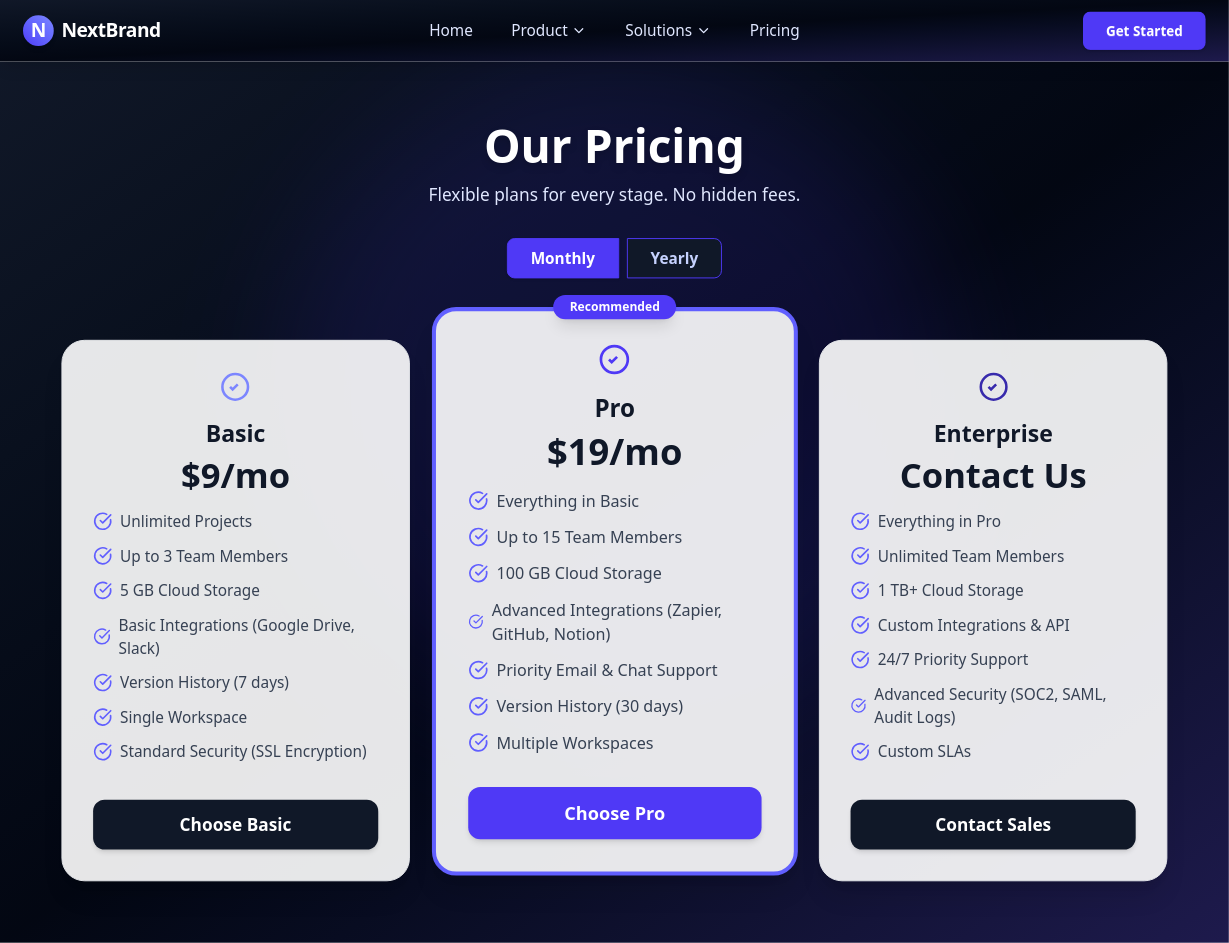
Repository: Chiranshukapil/Next_Brand
Page: /pricing
An editor plug-in stored every save of this project. The page is shown before and after the next save, followed by the edit.
The browser window is 1280 px wide. The pictures show the whole page, at 96% of full size.
The project was rebuilt for these pictures with package versions that can differ from the ones it lists, and the page was loaded fresh each time. Also part of the build but not shown: vite.config.js.

Above is the page before, as saved 2025-06-18 12:27:02.

### index.html
<!doctype html>
<html lang="en">
  <head>
    <meta charset="UTF-8" />
    <link rel="stylesheet" href="src/index.css">
    <meta name="viewport" content="width=device-width, initial-scale=1.0" />
    <title>NavBar</title>
  </head>
  <body classname="scroll-smooth">
    <div id="root"></div>
    <script type="module" src="/src/main.jsx"></script>
  </body>
</html>

### src/App.jsx
import { useState } from 'react'
import { BrowserRouter as Router, Routes, Route } from 'react-router-dom'
import Navbar from './Components/NavBar.jsx'
import PricingSection from './Components/PricingSection.jsx'

function App() {
  return (
    <Router>
      <Navbar />
      <Routes>

        <Route path="/pricing" element={<PricingSection />} />

      </Routes>
    </Router>
  )
}

export default App

### src/Components/NavBar.jsx
import React, { useState } from "react";
import { Link } from "react-router-dom";
import { Menu, X, ChevronDown } from "lucide-react";

// Route-based navLinks
const navLinks = [
  { name: "Home", href: "/" },
  {
    name: "Product",
    href: "/product",
    dropdown: [
      { name: "Overview", href: "/product/overview" },
      { name: "Features", href: "/product/features" },
      { name: "Pricing", href: "/pricing" },
    ],
  },
  {
    name: "Solutions",
    href: "/solutions",
    dropdown: [
      { name: "For Teams", href: "/solutions/teams" },
      { name: "For Individuals", href: "/solutions/individuals" },
    ],
  },
  { name: "Pricing", href: "/pricing" },
];

export default function Navbar() {
  const [menuOpen, setMenuOpen] = useState(false);
  const [dropdownOpen, setDropdownOpen] = useState(null);

  return (
    <nav className="sticky top-0 z-50 bg-gradient-to-br from-gray-900 via-gray-950 to-indigo-950 backdrop-blur-md bg-opacity-80 shadow-lg flex justify-between items-center px-6 py-3">
      {/* Brand/Logo */}
      <div className="navbar-start">
        <Link
          to="/"
          className="flex items-center gap-2 text-xl font-bold tracking-tight text-white hover:text-indigo-400 transition-colors"
        >
          <span className="w-8 h-8 bg-gradient-to-tr from-indigo-600 to-indigo-400 rounded-full text-white flex items-center justify-center font-bold shadow-md">
            N
          </span>
          <span>NextBrand</span>
        </Link>
      </div>

      {/* Desktop Menu */}
      <div className="navbar-center hidden md:flex">
        <ul className="flex gap-2 items-center">
          {navLinks.map((link, index) => (
            <li
              key={link.name}
              onMouseEnter={() => setDropdownOpen(index)}
              onMouseLeave={() => setDropdownOpen(null)}
              className="relative"
            >
              {link.dropdown ? (
                <>
                  <Link
                    to={link.href}
                    className="px-4 py-2 rounded-lg text-base font-medium flex items-center gap-1 cursor-pointer text-indigo-100 hover:text-white hover:bg-indigo-700/30 transition-colors"
                    aria-haspopup="true"
                    aria-expanded={dropdownOpen === index}
                    onClick={() => setDropdownOpen(null)}
                  >
                    {link.name}
                    <ChevronDown className="h-4 w-4" />
                  </Link>
                  {dropdownOpen === index && (
                    <ul className="absolute top-full left-0 mt-2 bg-white/95 shadow-xl rounded-xl p-2 w-52 z-50 animate-fade-in">
                      {link.dropdown.map((item) => (
                        <li key={item.name}>
                          <Link
                            to={item.href}
                            className="block px-4 py-2 rounded-lg hover:bg-indigo-100 text-gray-900 font-medium transition"
                            onClick={() => setDropdownOpen(null)}
                          >
                            {item.name}
                          </Link>
                        </li>
                      ))}
                    </ul>
                  )}
                </>
              ) : (
                <Link
                  to={link.href}
                  className="px-4 py-2 rounded-lg text-base font-medium text-indigo-100 hover:text-white hover:bg-indigo-700/30 transition"
                  onClick={() => setDropdownOpen(null)}
                >
                  {link.name}
                </Link>
              )}
            </li>
          ))}
        </ul>
      </div>

      {/* Right Side: CTA + Mobile Menu Button */}
      <div className="navbar-end flex items-center">
        <Link
          to="/get-started"
          className="btn btn-primary font-semibold shadow hidden md:inline-flex bg-indigo-600 text-white hover:bg-indigo-700 border-none rounded-lg px-6 py-2 transition"
        >
          Get Started
        </Link>
        <button
          aria-label="Toggle menu"
          className="btn btn-ghost md:hidden ml-2 text-indigo-200"
          onClick={() => setMenuOpen((v) => !v)}
        >
          {menuOpen ? (
            <X className="h-7 w-7" />
          ) : (
            <Menu className="h-7 w-7" />
          )}
        </button>

        {/* Mobile Menu */}
        <div
          className={`absolute top-full right-2 left-2 z-40 md:hidden overflow-hidden transition-all duration-300 ease-in-out bg-white/95 rounded-xl shadow-lg ${
            menuOpen ? "max-h-96" : "max-h-0"
          }`}
        >
          <ul tabIndex={0} className="flex flex-col gap-1 p-3 w-full">
            {navLinks.map((link) => (
              <li key={link.name}>
                {link.dropdown ? (
                  <details>
                    <summary className="text-base cursor-pointer flex items-center justify-between text-gray-900 font-semibold px-2 py-2 rounded-lg hover:bg-indigo-100 transition">
                      {link.name}
                    </summary>
                    <ul className="p-2">
                      {link.dropdown.map((item) => (
                        <li key={item.name}>
                          <Link
                            to={item.href}
                            className="block px-4 py-2 rounded-lg text-gray-900 hover:bg-indigo-100 transition"
                            onClick={() => setMenuOpen(false)}
                          >
                            {item.name}
                          </Link>
                        </li>
                      ))}
                    </ul>
                  </details>
                ) : (
                  <Link
                    to={link.href}
                    className="block px-4 py-2 rounded-lg text-gray-900 font-semibold hover:bg-indigo-100 transition"
                    onClick={() => setMenuOpen(false)}
                  >
                    {link.name}
                  </Link>
                )}
              </li>
            ))}
            <li className="mt-2">
              <Link
                to="/get-started"
                className="btn btn-primary w-full bg-indigo-600 text-white hover:bg-indigo-700 border-none rounded-lg px-6 py-2 transition"
                onClick={() => setMenuOpen(false)}
              >
                Get Started
              </Link>
            </li>
          </ul>
        </div>
      </div>
    </nav>
  );
}

### src/Components/PricingSection.jsx
import { CheckCircle } from "lucide-react";
import { useState } from "react";

const plans = [
  {
    name: "Basic",
    icon: (
      <svg className="w-7 h-7 md:w-8 md:h-8 text-indigo-400" fill="none" stroke="currentColor" strokeWidth="2" viewBox="0 0 24 24">
        <circle cx="12" cy="12" r="10"/><path d="M8 12l2 2 4-4"/>
      </svg>
    ),
    monthly: 9,
    yearly: 90,
    features: [
      "Unlimited Projects",
      "Up to 3 Team Members",
      "5 GB Cloud Storage",
      "Basic Integrations (Google Drive, Slack)",
      "Version History (7 days)",
      "Single Workspace",
      "Standard Security (SSL Encryption)"
    ],
    recommended: false,
  },
  {
    name: "Pro",
    icon: (
      <svg className="w-7 h-7 md:w-8 md:h-8 text-indigo-600" fill="none" stroke="currentColor" strokeWidth="2" viewBox="0 0 24 24">
        <circle cx="12" cy="12" r="10"/><path d="M8 12l2 2 4-4"/>
      </svg>
    ),
    monthly: 19,
    yearly: 190,
    features: [
      "Everything in Basic",
      "Up to 15 Team Members",
      "100 GB Cloud Storage",
      "Advanced Integrations (Zapier, GitHub, Notion)",
      "Priority Email & Chat Support",
      "Version History (30 days)",
      "Multiple Workspaces"
    ],
    recommended: true,
  },
  {
    name: "Enterprise",
    icon: (
      <svg className="w-7 h-7 md:w-8 md:h-8 text-indigo-800" fill="none" stroke="currentColor" strokeWidth="2" viewBox="0 0 24 24">
        <circle cx="12" cy="12" r="10"/><path d="M8 12l2 2 4-4"/>
      </svg>
    ),
    monthly: null,
    yearly: null,
    features: [
      "Everything in Pro",
      "Unlimited Team Members",
      "1 TB+ Cloud Storage",
      "Custom Integrations & API",
      "24/7 Priority Support",
      "Advanced Security (SOC2, SAML, Audit Logs)",
      "Custom SLAs"
    ],
    recommended: false,
    contact: true,
  },
];

export default function PricingSection() {
  const [billing, setBilling] = useState("monthly");

  const displayPrice = (plan) => {
    if (plan.contact) return "Contact Us";
    if (billing === "yearly") return `$${plan.yearly}/yr`;
    return `$${plan.monthly}/mo`;
  };

  return (
    <section className="relative py-10 px-2 md:py-16 md:px-0 bg-gradient-to-br from-gray-900 via-gray-950 to-indigo-950 min-h-[100vh]">

      <div className="absolute top-0 left-1/2 -translate-x-1/2 w-[500px] h-[500px] md:w-[700px] md:h-[700px] rounded-full bg-indigo-800 opacity-20 blur-3xl pointer-events-none"></div>

      <div className="relative z-10 max-w-6xl mx-auto">
        <h2 className="text-3xl md:text-5xl font-extrabold text-center mb-3 text-white drop-shadow-lg">
          Our Pricing
        </h2>
        <p className="text-center text-indigo-100 mb-6 md:mb-8 text-base md:text-lg">
          Flexible plans for every stage. No hidden fees.
        </p>

        <div className="flex justify-center mb-6 md:mb-16 gap-2">
          <button
            className={`px-4 py-2 md:px-6 md:py-2 rounded-l-lg font-semibold transition-colors duration-200 hover:cursor-pointer border border-indigo-600 focus:outline-none text-sm md:text-base ${
              billing === "monthly"
                ? "bg-indigo-600 text-white shadow"
                : "bg-gray-900 text-indigo-200 hover:bg-indigo-700/20"
            }`}
            onClick={() => setBilling("monthly")}
          >
            Monthly
          </button>
          <button
            className={`px-4 py-2 md:px-6 md:py-2 rounded-r-lg font-semibold transition-colors duration-200 hover:cursor-pointer border border-indigo-600 focus:outline-none text-sm md:text-base ${
              billing === "yearly"
                ? "bg-indigo-600 text-white shadow"
                : "bg-gray-900 text-indigo-200 hover:bg-indigo-700/20"
            }`}
            onClick={() => setBilling("yearly")}
          >
            Yearly
          </button>
        </div>
        <div className="grid grid-cols-1 md:grid-cols-3 gap-6 md:gap-8 items-stretch">
          {plans.map((plan, idx) => (
            <div
              key={plan.name}
              className={`relative flex flex-col p-4 md:p-8 rounded-3xl border transition-transform duration-200 bg-white/90 shadow-xl hover:scale-[1.03] w-full max-w-md mx-auto ${
                plan.recommended
                  ? "border-4 border-indigo-500 bg-indigo-50 z-20 md:scale-105 shadow-2xl"
                  : "border-gray-200"
              }`}
              style={plan.recommended && window.innerWidth >= 768 ? { top: '-20px' } : {}}
            >
              {plan.recommended && (
                <span className="absolute -top-4 left-1/2 -translate-x-1/2 bg-indigo-600 text-white text-xs px-4 py-1 rounded-full font-semibold shadow-lg z-30">
                  Recommended
                </span>
              )}
              <div className="flex justify-center mb-3 md:mb-4">{plan.icon}</div>
              <h3 className="text-xl md:text-2xl font-bold mb-1 md:mb-2 text-gray-900 text-center">{plan.name}</h3>
              <div className="text-3xl md:text-4xl font-extrabold mb-3 md:mb-4 text-center text-gray-900">{displayPrice(plan)}</div>
              <ul className="flex-1 mb-6 md:mb-8 space-y-2 md:space-y-3 text-gray-700 text-sm md:text-base">
                {plan.features.map((f) => (
                  <li key={f} className="flex items-center gap-2">
                    <CheckCircle className="w-5 h-5 text-indigo-500" />
                    <span>{f}</span>
                  </li>
                ))}
              </ul>
              <button
                className={`py-2 px-4 md:py-3 md:px-6 rounded-xl font-semibold text-base md:text-lg transition-all hover:cursor-pointer duration-200 shadow-md focus:outline-none ${
                  plan.recommended
                    ? "bg-indigo-600 text-white hover:bg-indigo-700"
                    : "bg-gray-900 text-white hover:bg-indigo-600"
                }`}
              >
                {plan.contact ? "Contact Sales" : `Choose ${plan.name}`}
              </button>
            </div>
          ))}
        </div>
      </div>
    </section>
  );
}

Loaded but not shown: src/index.css (common file); src/main.jsx (common file)

After the next save:
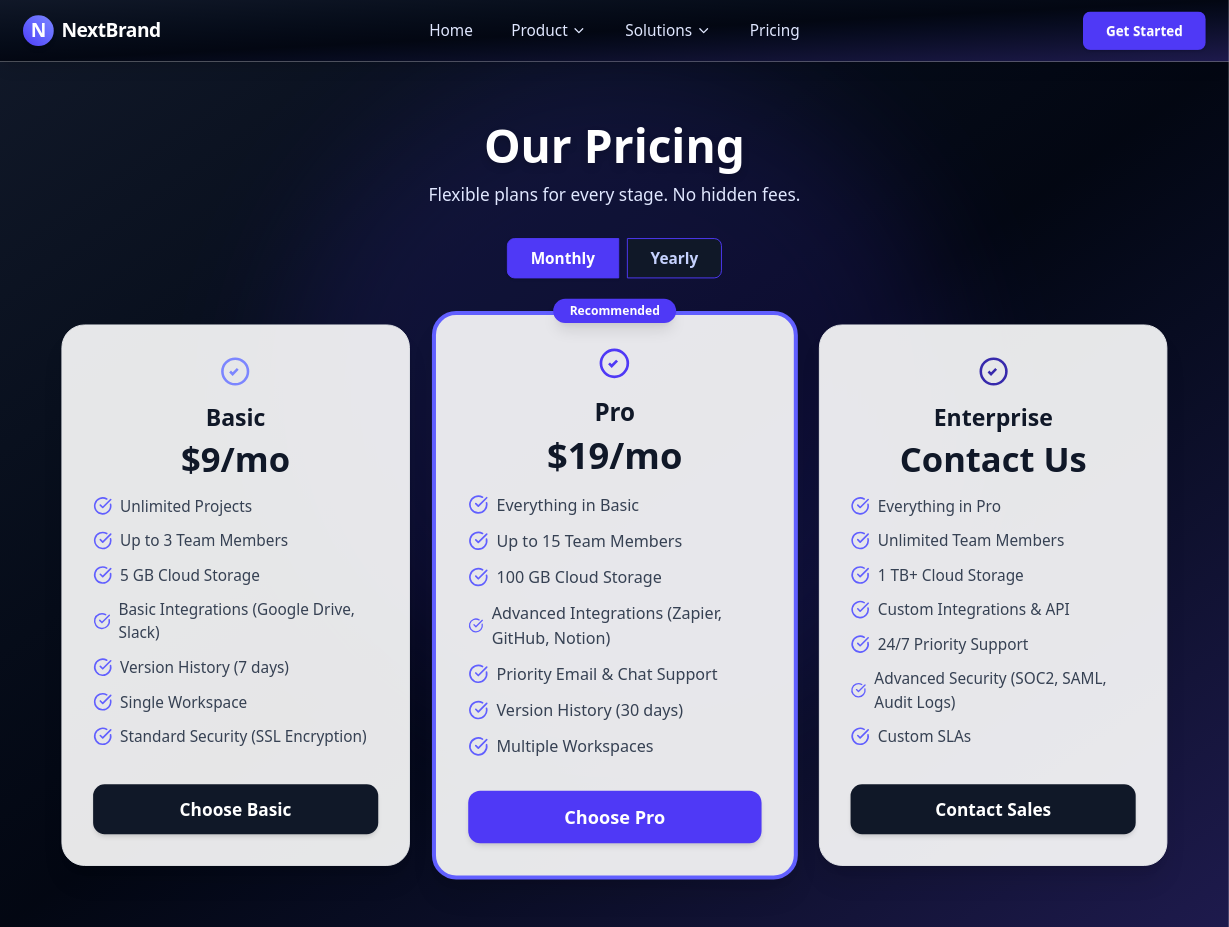
Saved 87 s later.
--- a/src/Components/PricingSection.jsx
+++ b/src/Components/PricingSection.jsx
@@ -5,7 +5,7 @@ const plans = [
   {
     name: "Basic",
     icon: (
-      <svg className="w-7 h-7 md:w-8 md:h-8 text-indigo-400" fill="none" stroke="currentColor" strokeWidth="2" viewBox="0 0 24 24">
+      <svg className="w-6 h-6 sm:w-7 sm:h-7 md:w-8 md:h-8 text-indigo-400" fill="none" stroke="currentColor" strokeWidth="2" viewBox="0 0 24 24">
         <circle cx="12" cy="12" r="10"/><path d="M8 12l2 2 4-4"/>
       </svg>
     ),
@@ -25,7 +25,7 @@ const plans = [
   {
     name: "Pro",
     icon: (
-      <svg className="w-7 h-7 md:w-8 md:h-8 text-indigo-600" fill="none" stroke="currentColor" strokeWidth="2" viewBox="0 0 24 24">
+      <svg className="w-6 h-6 sm:w-7 sm:h-7 md:w-8 md:h-8 text-indigo-600" fill="none" stroke="currentColor" strokeWidth="2" viewBox="0 0 24 24">
         <circle cx="12" cy="12" r="10"/><path d="M8 12l2 2 4-4"/>
       </svg>
     ),
@@ -45,7 +45,7 @@ const plans = [
   {
     name: "Enterprise",
     icon: (
-      <svg className="w-7 h-7 md:w-8 md:h-8 text-indigo-800" fill="none" stroke="currentColor" strokeWidth="2" viewBox="0 0 24 24">
+      <svg className="w-6 h-6 sm:w-7 sm:h-7 md:w-8 md:h-8 text-indigo-800" fill="none" stroke="currentColor" strokeWidth="2" viewBox="0 0 24 24">
         <circle cx="12" cy="12" r="10"/><path d="M8 12l2 2 4-4"/>
       </svg>
     ),
@@ -75,21 +75,20 @@ export default function PricingSection() {
   };
 
   return (
-    <section className="relative py-10 px-2 md:py-16 md:px-0 bg-gradient-to-br from-gray-900 via-gray-950 to-indigo-950 min-h-[100vh]">
-
-      <div className="absolute top-0 left-1/2 -translate-x-1/2 w-[500px] h-[500px] md:w-[700px] md:h-[700px] rounded-full bg-indigo-800 opacity-20 blur-3xl pointer-events-none"></div>
-
+    <section className="relative py-8 px-1 sm:px-2 md:py-16 md:px-0 bg-gradient-to-br from-gray-900 via-gray-950 to-indigo-950 min-h-[100vh]">
+      {/* Decorative background shapes */}
+      <div className="absolute top-0 left-1/2 -translate-x-1/2 w-[300px] h-[300px] sm:w-[500px] sm:h-[500px] md:w-[700px] md:h-[700px] rounded-full bg-indigo-800 opacity-20 blur-3xl pointer-events-none"></div>
       <div className="relative z-10 max-w-6xl mx-auto">
-        <h2 className="text-3xl md:text-5xl font-extrabold text-center mb-3 text-white drop-shadow-lg">
+        <h2 className="text-2xl sm:text-3xl md:text-5xl font-extrabold text-center mb-2 sm:mb-3 text-white drop-shadow-lg">
           Our Pricing
         </h2>
-        <p className="text-center text-indigo-100 mb-6 md:mb-8 text-base md:text-lg">
+        <p className="text-center text-indigo-100 mb-4 sm:mb-6 md:mb-8 text-sm sm:text-base md:text-lg">
           Flexible plans for every stage. No hidden fees.
         </p>
-
-        <div className="flex justify-center mb-6 md:mb-16 gap-2">
+        {/* Billing toggle */}
+        <div className="flex justify-center mb-4 sm:mb-6 md:mb-12 gap-2">
           <button
-            className={`px-4 py-2 md:px-6 md:py-2 rounded-l-lg font-semibold transition-colors duration-200 hover:cursor-pointer border border-indigo-600 focus:outline-none text-sm md:text-base ${
+            className={`px-3 py-1.5 sm:px-4 sm:py-2 md:px-6 md:py-2 rounded-l-lg font-semibold transition-colors duration-200 hover:cursor-pointer border border-indigo-600 focus:outline-none text-xs sm:text-sm md:text-base ${
               billing === "monthly"
                 ? "bg-indigo-600 text-white shadow"
                 : "bg-gray-900 text-indigo-200 hover:bg-indigo-700/20"
@@ -99,7 +98,7 @@ export default function PricingSection() {
             Monthly
           </button>
           <button
-            className={`px-4 py-2 md:px-6 md:py-2 rounded-r-lg font-semibold transition-colors duration-200 hover:cursor-pointer border border-indigo-600 focus:outline-none text-sm md:text-base ${
+            className={`px-3 py-1.5 sm:px-4 sm:py-2 md:px-6 md:py-2 rounded-r-lg font-semibold transition-colors duration-200 hover:cursor-pointer border border-indigo-600 focus:outline-none text-xs sm:text-sm md:text-base ${
               billing === "yearly"
                 ? "bg-indigo-600 text-white shadow"
                 : "bg-gray-900 text-indigo-200 hover:bg-indigo-700/20"
@@ -109,35 +108,34 @@ export default function PricingSection() {
             Yearly
           </button>
         </div>
-        <div className="grid grid-cols-1 md:grid-cols-3 gap-6 md:gap-8 items-stretch">
-          {plans.map((plan, idx) => (
+        <div className="grid grid-cols-1 md:grid-cols-3 gap-4 sm:gap-6 md:gap-8 items-stretch">
+          {plans.map((plan) => (
             <div
               key={plan.name}
-              className={`relative flex flex-col p-4 md:p-8 rounded-3xl border transition-transform duration-200 bg-white/90 shadow-xl hover:scale-[1.03] w-full max-w-md mx-auto ${
+              className={`relative flex flex-col p-3 sm:p-4 md:p-8 rounded-2xl md:rounded-3xl border transition-transform duration-200 bg-white/90 shadow-xl hover:scale-[1.03] w-full max-w-xs sm:max-w-md mx-auto h-full ${
                 plan.recommended
                   ? "border-4 border-indigo-500 bg-indigo-50 z-20 md:scale-105 shadow-2xl"
                   : "border-gray-200"
               }`}
-              style={plan.recommended && window.innerWidth >= 768 ? { top: '-20px' } : {}}
             >
               {plan.recommended && (
-                <span className="absolute -top-4 left-1/2 -translate-x-1/2 bg-indigo-600 text-white text-xs px-4 py-1 rounded-full font-semibold shadow-lg z-30">
+                <span className="absolute -top-3 sm:-top-4 left-1/2 -translate-x-1/2 bg-indigo-600 text-white text-[10px] sm:text-xs px-3 sm:px-4 py-1 rounded-full font-semibold shadow-lg z-30">
                   Recommended
                 </span>
               )}
-              <div className="flex justify-center mb-3 md:mb-4">{plan.icon}</div>
-              <h3 className="text-xl md:text-2xl font-bold mb-1 md:mb-2 text-gray-900 text-center">{plan.name}</h3>
-              <div className="text-3xl md:text-4xl font-extrabold mb-3 md:mb-4 text-center text-gray-900">{displayPrice(plan)}</div>
-              <ul className="flex-1 mb-6 md:mb-8 space-y-2 md:space-y-3 text-gray-700 text-sm md:text-base">
+              <div className="flex justify-center mb-2 sm:mb-3 md:mb-4">{plan.icon}</div>
+              <h3 className="text-lg sm:text-xl md:text-2xl font-bold mb-1 sm:mb-2 text-gray-900 text-center">{plan.name}</h3>
+              <div className="text-2xl sm:text-3xl md:text-4xl font-extrabold mb-2 sm:mb-3 md:mb-4 text-center text-gray-900">{displayPrice(plan)}</div>
+              <ul className="flex-1 mb-4 sm:mb-6 md:mb-8 space-y-1 sm:space-y-2 md:space-y-3 text-gray-700 text-xs sm:text-sm md:text-base">
                 {plan.features.map((f) => (
-                  <li key={f} className="flex items-center gap-2">
-                    <CheckCircle className="w-5 h-5 text-indigo-500" />
+                  <li key={f} className="flex items-center gap-1 sm:gap-2">
+                    <CheckCircle className="w-4 h-4 sm:w-5 sm:h-5 text-indigo-500" />
                     <span>{f}</span>
                   </li>
                 ))}
               </ul>
               <button
-                className={`py-2 px-4 md:py-3 md:px-6 rounded-xl font-semibold text-base md:text-lg transition-all hover:cursor-pointer duration-200 shadow-md focus:outline-none ${
+                className={`py-1.5 px-3 sm:py-2 sm:px-4 md:py-3 md:px-6 rounded-lg md:rounded-xl font-semibold text-sm sm:text-base md:text-lg transition-all hover:cursor-pointer duration-200 shadow-md focus:outline-none ${
                   plan.recommended
                     ? "bg-indigo-600 text-white hover:bg-indigo-700"
                     : "bg-gray-900 text-white hover:bg-indigo-600"
